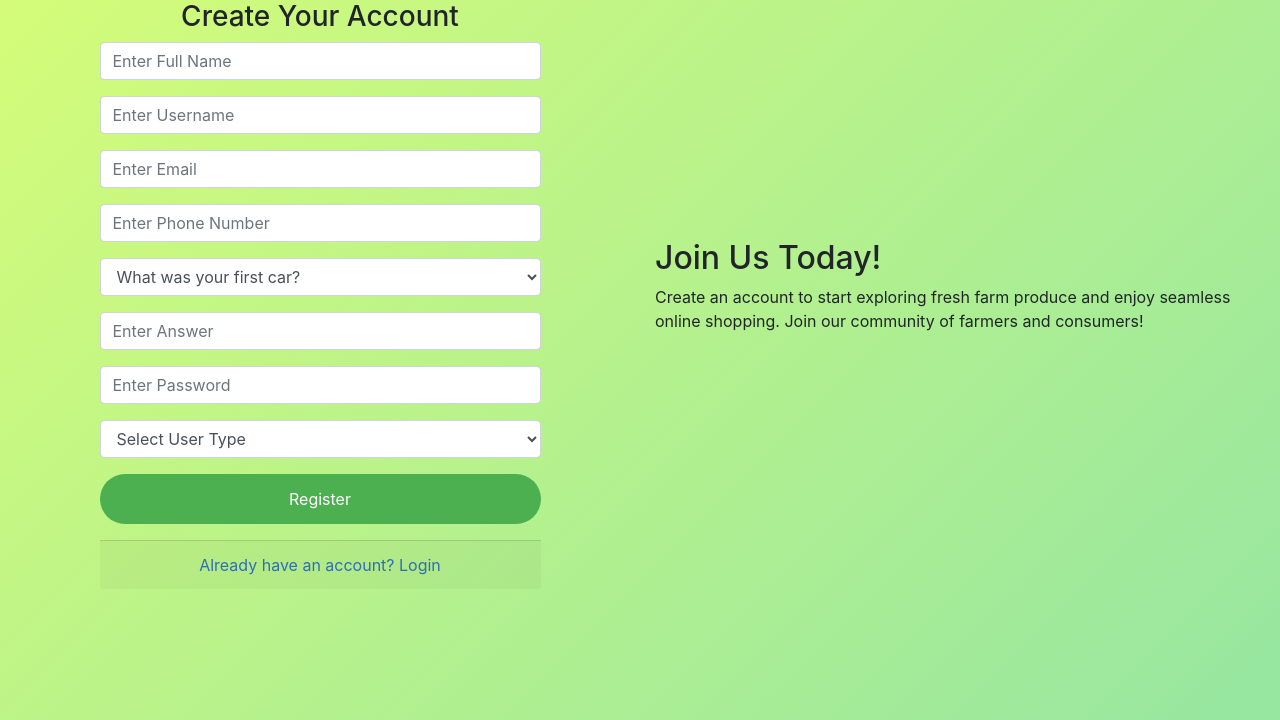
Repository: Dineshbabu290904/DigiMart
Page: http://localhost/DigiMart/signup.jsp
An editor plug-in stored every save of this project. The page is shown before and after the next save, followed by the edit.
The browser window is 1280 px wide. The pictures show the whole page.
Some web libraries are served in a nearby version. The page is served by Tomcat 9.

Above is the page before, as saved 2024-10-16 15:26:10.

After the next save:
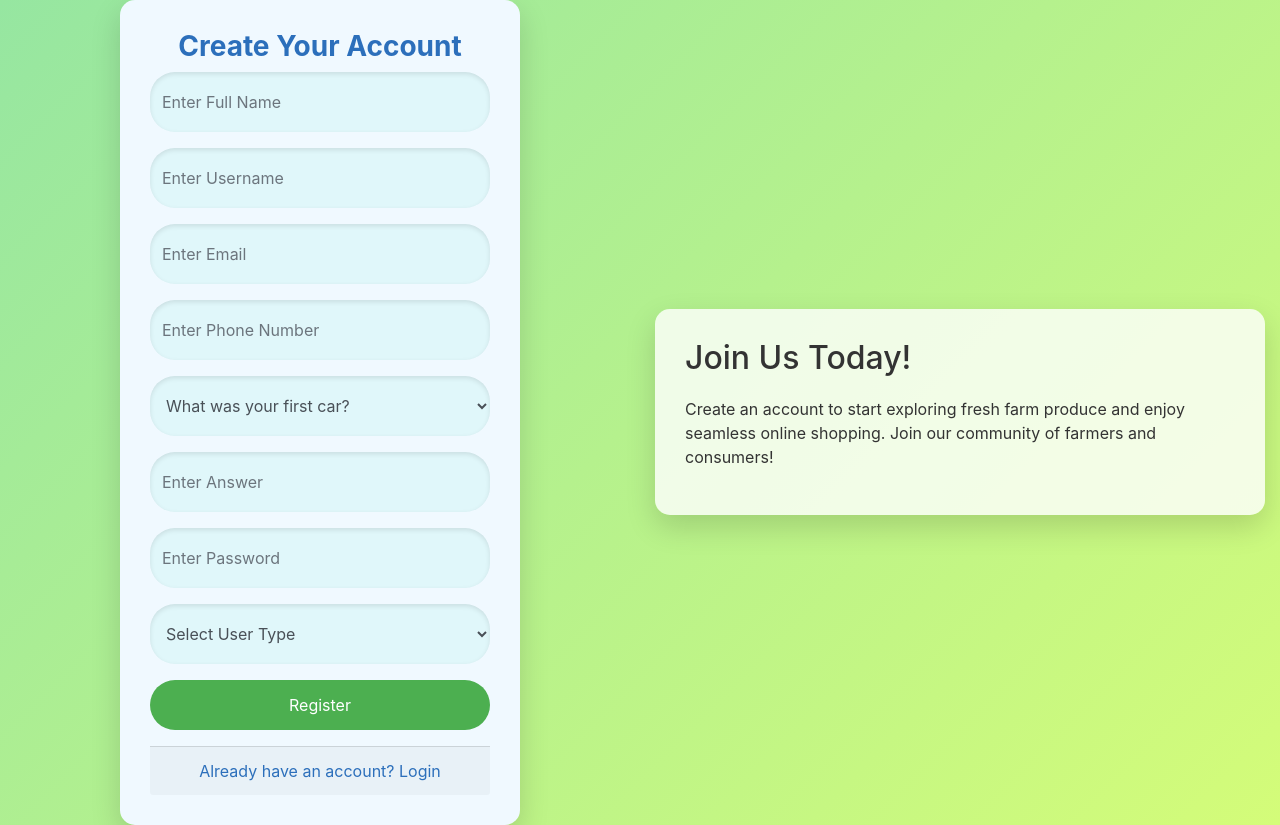
Saved 14 s later.
--- a/DigiMart/src/main/webapp/signup.jsp
+++ b/DigiMart/src/main/webapp/signup.jsp
@@ -9,33 +9,35 @@
     <!-- Custom CSS -->
     <style>
         body {
-            background: linear-gradient(135deg, #d4fc79 0%, #96e6a1 100%); /* Light green gradient */
+            background: linear-gradient(135deg, #96e6a1 0%, #d4fc79 100%); /* Light green gradient */
             display: flex;
             min-height: 100vh;
         }
-        .signup-section {
+        .section {
             display: flex;
             align-items: center;
             justify-content: center;
             min-height: 100vh;
         }
-        .signup-card {
+        .card-custom {
             border-radius: 15px;
             background: #f0f9ff; /* Light blue background */
             padding: 30px;
             box-shadow: 0 12px 30px rgba(0, 0, 0, 0.15); /* Soft shadow */
             transition: transform 0.3s ease;
+            width: 100%; /* Ensure full width on small devices */
+            max-width: 400px; /* Set maximum width for the card */
         }
-        .signup-card:hover {
+        .card-custom:hover {
             transform: translateY(-5px); /* Subtle hover lift */
         }
-        .signup-card h3 {
+        .card-custom h3 {
             font-weight: bold;
             color: #2c6fbb; /* Cool blue for headings */
         }
-        .signup-card .form-control {
+        .form-control {
             border-radius: 25px;
-            height: 50px;
+            height: 60px; /* Increased height for input fields */
             background-color: #e0f7fa; /* Light cyan background for inputs */
             border: none;
             box-shadow: inset 0 2px 5px rgba(0, 0, 0, 0.1);
@@ -46,17 +48,19 @@
             background-color: #4caf50; /* Light green button */
             color: white;
         }
+        .description-card {
+            background: rgba(255, 255, 255, 0.8); /* Semi-transparent white */
+            border-radius: 15px;
+            padding: 30px;
+            box-shadow: 0 12px 30px rgba(0, 0, 0, 0.15);
+            color: #333;
+        }
+        .description-card h2 {
+            font-size: 2rem;
+            margin-bottom: 20px;
+        }
         .card-footer a {
             color: #2c6fbb;
-        }
-        .description-section {
-            text-align: center;
-            color: white;
-            padding: 40px;
-        }
-        .description-section h2 {
-            font-size: 2rem;
-            margin-bottom: 20px;
         }
     </style>
 </head>
